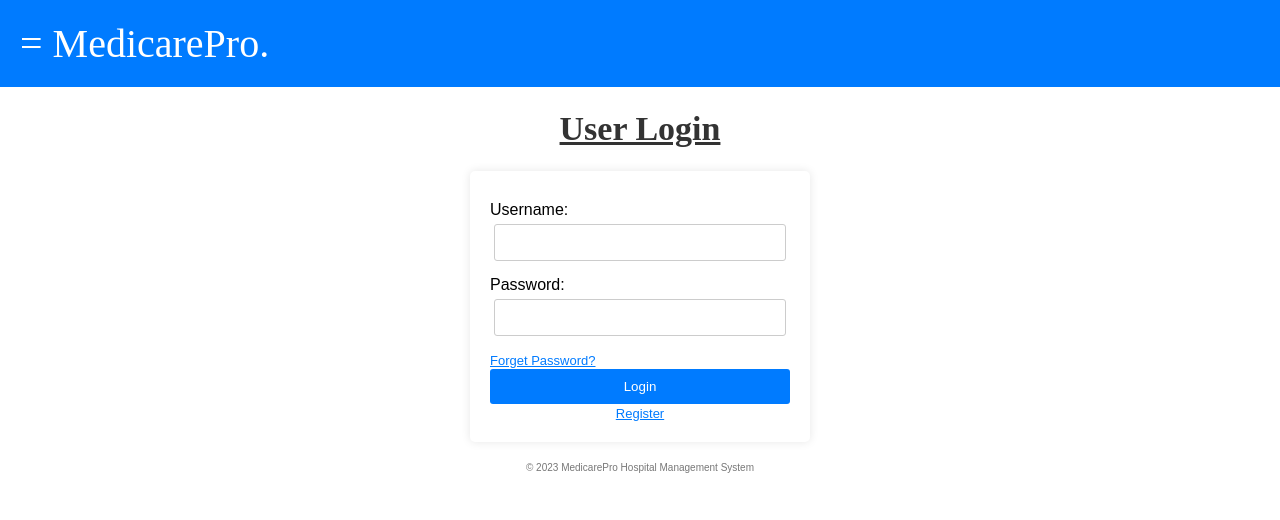
Repository: KarunarathneRR/HospitalManagementSystem
Page: http://localhost/hospital/login.jsp
An editor plug-in stored every save of this project. The page is shown before and after the next save, followed by the edit.
The browser window is 1280 px wide. The pictures show the whole page.
The page is served by Tomcat 9.

Above is the page before, as saved 2023-10-27 20:33:11.

After the next save:
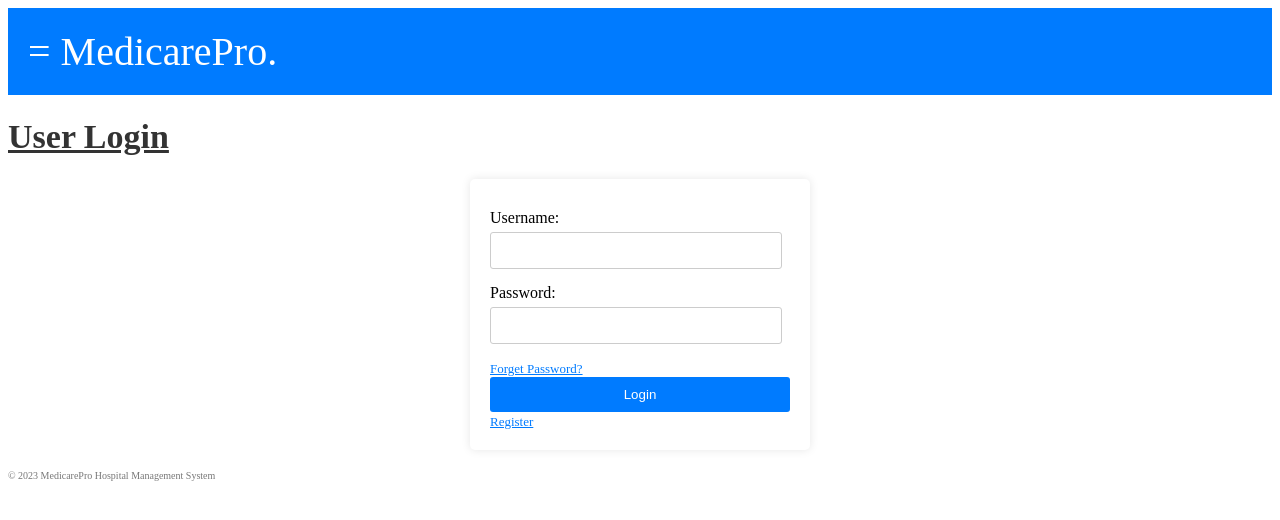
Saved 25 s later.
--- a/hospital/src/main/webapp/login.jsp
+++ b/hospital/src/main/webapp/login.jsp
@@ -6,7 +6,7 @@
     <meta charset="ISO-8859-1">
     <title>User Login</title>
     <style>
-        body {
+        .body {
         font-family: Arial, sans-serif;
             background-color: red;
             text-align: center;

After the save that followed:
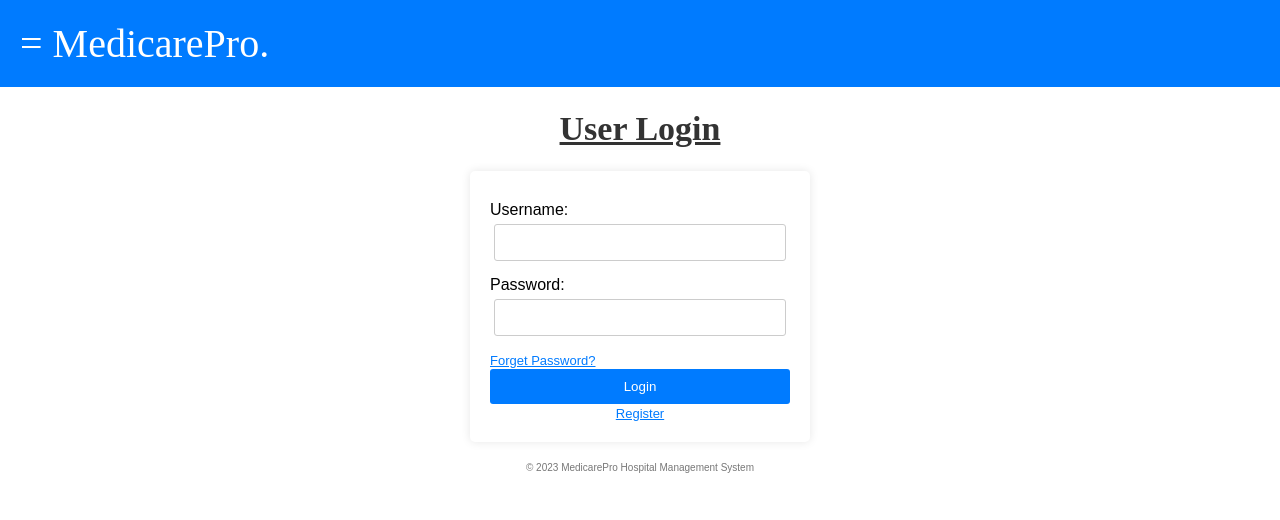
Saved 30 s later.
--- a/hospital/src/main/webapp/login.jsp
+++ b/hospital/src/main/webapp/login.jsp
@@ -6,7 +6,7 @@
     <meta charset="ISO-8859-1">
     <title>User Login</title>
     <style>
-        .body {
+        body {
         font-family: Arial, sans-serif;
             background-color: red;
             text-align: center;
